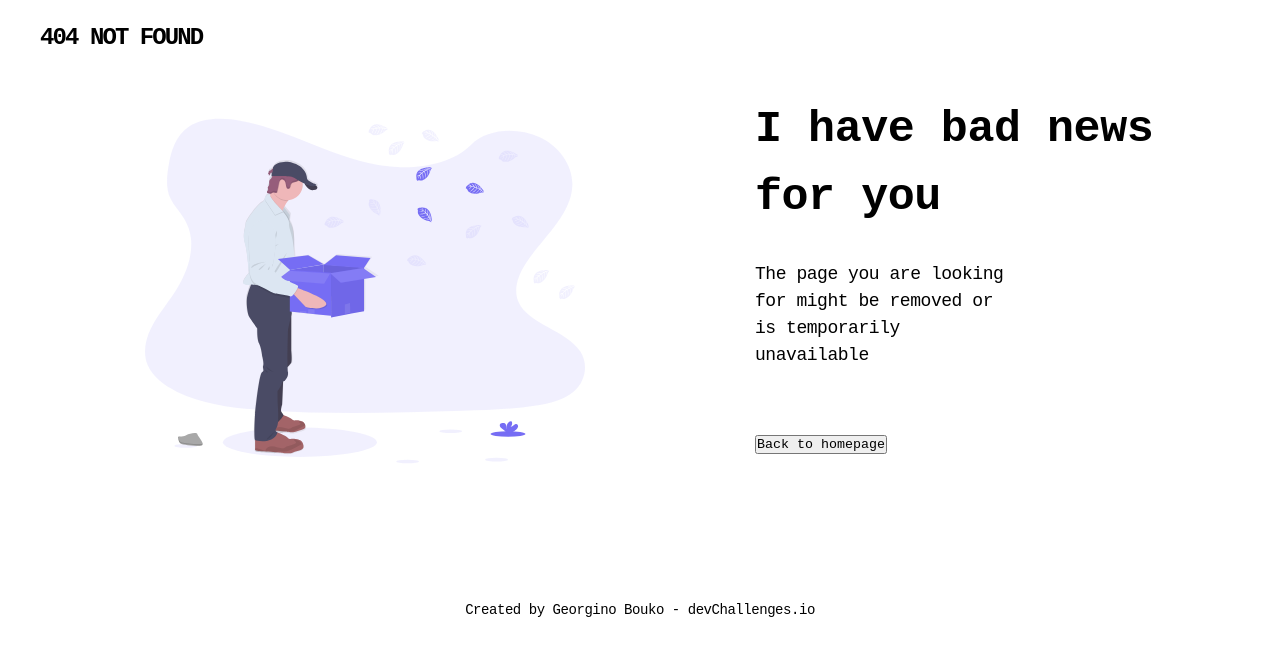
Repository: georgisenze/404-not-found-challeng
Page: index.html
An editor plug-in stored every save of this project. The page is shown before and after the next save, followed by the edit.
The browser window is 1280 px wide. The pictures show the whole page.

Above is the page before, as saved 2023-02-21 07:15:46.

After the next save:
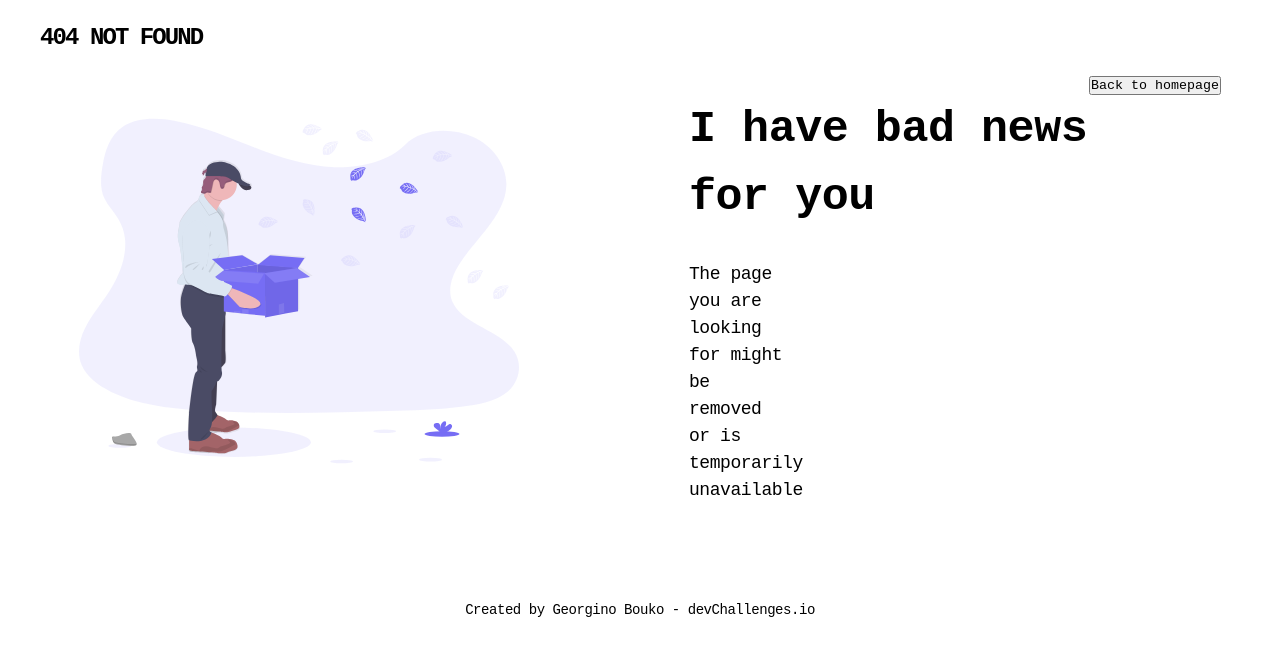
Saved 16 s later.
--- a/assets/css/style.css
+++ b/assets/css/style.css
@@ -69,7 +69,7 @@ header p {
 }
 
 .col-2 p{
-    width: 250px;
+    width: 100px;
     margin-bottom: 30px;
     max-width: 380px;
     font-size: 18px;
